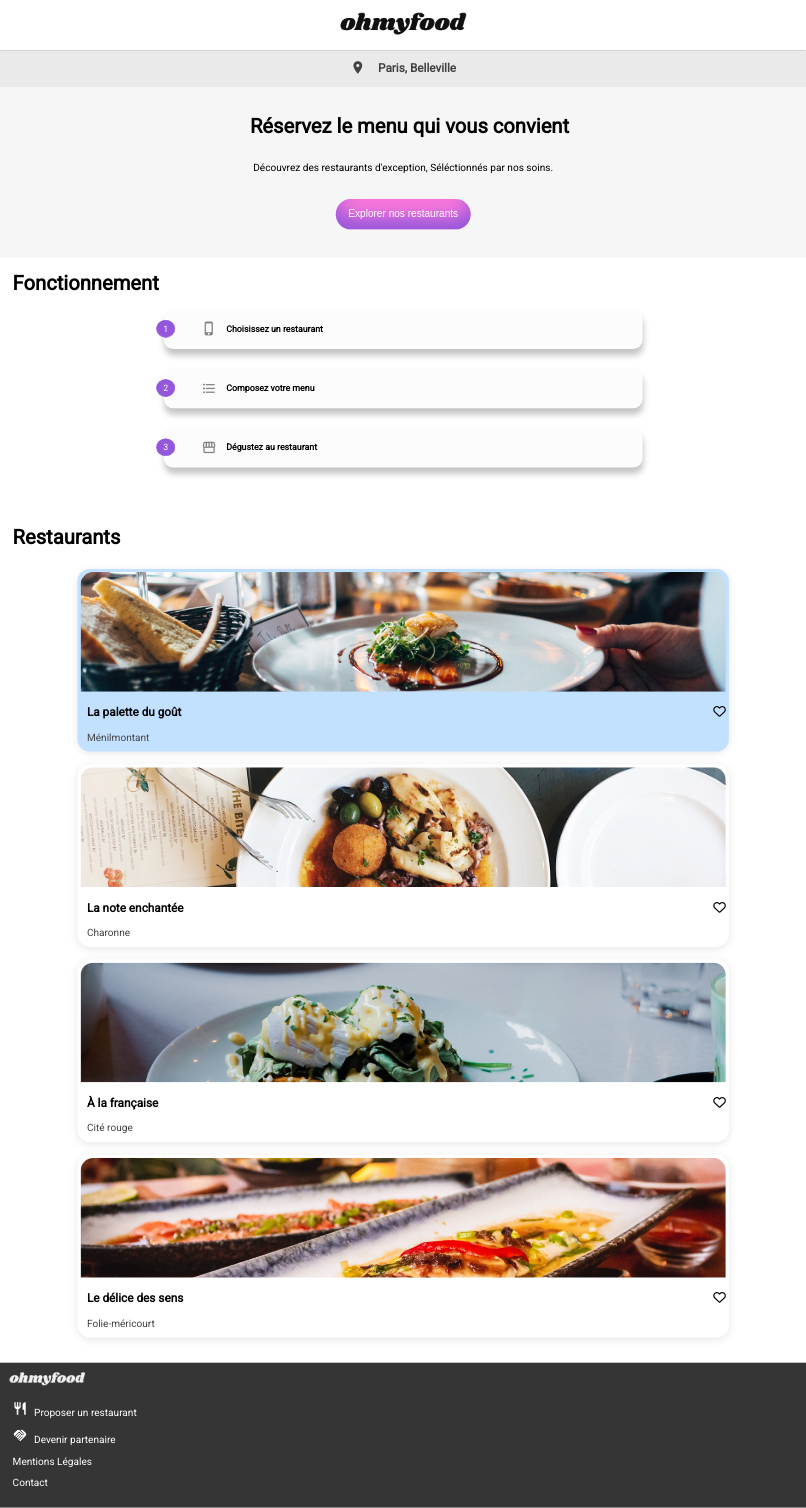
Repository: Liinseyy/Liinseyy
Page: ohmyfood/index.html
An editor plug-in stored every save of this project. The page is shown before and after the next save, followed by the edit.
The browser window is 1280 px wide. The pictures show the whole page, at 63% of full size.
The pointer rests on the first visible `.blockrestaurants`.
Some web libraries are served in a nearby version. The style sheet was rebuilt from its Sass, Less or Tailwind sources for each picture, by a compiler version that may differ from the author's.

Above is the page before, as saved 2022-04-26 10:42:35.

### ohmyfood/index.html
<!DOCTYPE html>
<html lang="fr">
<head>
    <link rel="preconnect" href="https://fonts.googleapis.com">
    <link rel="preconnect" href="https://fonts.gstatic.com" crossorigin>
    <link href="https://fonts.googleapis.com/css2?family=Raleway&display=swap" rel="stylesheet">
    <link href="https://fonts.googleapis.com/icon?family=Material+Icons"
    rel="stylesheet">
    <link href="https://fonts.googleapis.com/css2?family=Roboto&display=swap" rel="stylesheet">
    <script src="https://kit.fontawesome.com/baf4cb477f.js" crossorigin="anonymous"></script>
    <link rel="stylesheet" href="style.css"/>
    <meta charset="UTF-8">
    <meta name="viewport" content="width=device-width, initial-scale=1.0">
    <title>Ohmyfood</title>
</head>



<body>
<header>

    <!-- PARTIE LOGO-->
    <nav>
        <div class="logo">
            <a href="#"><img src="images/logo/ohmyfood.png" alt="logo ohmyfood"></a>
        </div>
    </nav>
    <!-- LOCALISATION Paris Belleville-->

    <div class="localisation">
        <div class=icon><i class="material-icons">room</i></div><a href="#"><h3>Paris, Belleville</h3></a>
    </div>

        <!-- RESERVEZ LE MENU-->

    <div class="mainreservez">
        <h1>Réservez le menu qui vous convient</h1>
        <p>Découvrez des restaurants d'exception, Séléctionnés par nos soins.</p>

        <button class="explorer" type="button"><a href="#">Explorer nos restaurants</a></button>

    </div>

</header>
        <!-- FONCTIONNEMENT-->

    <div class="fonctionnement">

        <h1>Fonctionnement</h1>

        <div class="containeretapes">


            <div class="etapes"><span class="number">1</span><div class=icons><i class="material-icons">phone_iphone</i></div><strong>Choisissez un restaurant</strong></div>


            <div class="etapes"><span class="number">2</span><div class=icons><i class="material-icons">format_list_bulleted</i></div><strong>Composez votre menu</strong></div>


            <div class="etapes"><span class="number">3</span><div class=icons><i class="material-icons">storefront</i></div><strong>Dégustez au restaurant</strong></div>
        </div>
    </div>

        <!-- RESTAURANTS-->
        <h1>Restaurants</h1>
    <article class="restaurants">

        <div class="blockrestaurants">
            <a href="#">
                <img src="images/restaurants/palettegout.jpg" alt="Palette de goût">
                <div class="descriptionrestaurant">
                    <h3>La palette du goût
                        <span class="coeur"><i class="far fa-heart"></i></span></h3>

                    <p>Ménilmontant</p>
                </div></a>
            </div>

        <div class="blockrestaurants">
            <a href="#">
                <img src="images/restaurants/noteenchantee.jpg" alt="Note enchantee">

                <div class="descriptionrestaurant">
                    <h3>La note enchantée<div class="coeur"><i class="far fa-heart"></i></div></h3>
                    <p>Charonne</p>
                </div></a>
        </div>

        <div class="blockrestaurants">
            <a href="#">
                <img src="images/restaurants/francaise.jpg" alt="La française">

                <div class="descriptionrestaurant">
                    <h3>À la française<div class="coeur"><i class="far fa-heart"></i></div></h3>
                    <p>Cité rouge</p>
                </div></a>
        </div>

        <div class="blockrestaurants">
            <a href="#">
                <img src="images/restaurants/delicesens.jpg" alt="Le délice des sens">

                <div class="descriptionrestaurant">
                    <h3>Le délice des sens<div class="coeur"><i class="far fa-heart"></i></div></h3>
                    <p>Folie-méricourt</p>
                </div>
        </div></a>
</article>



<footer>

    <img src="images/logo/ohmyfood.png">
    <p><i class="material-icons">restaurant</i>Proposer un restaurant</p>
    <p><i class="material-icons">handshake</i>Devenir partenaire</p>
    <p>Mentions Légales</p>
    <p>Contact</p>
</footer>

### ohmyfood/sass/style.scss
$primaire:#9356DC;
$secondaire:#FF79DA ;
$tertiaire:#99E2D0;

html{
    font-family: 'Roboto', sans-serif;
}
body{
    margin:0;
}
a{
    text-decoration: none;
    color: rgb(66, 66, 66);
}

/* partie logo OHMYFOOD*/

header nav{
    display:flex;
    justify-content:center;
    align-items:center;
    border-bottom: solid 1px white;
    box-shadow: grey 0 5px 5px;

}

header img{
    width: 200px;
}

.logo{
    display: flex;
    justify-content: center;
    align-items: center;
    margin: 20px;
}

/* Partie Localisation*/

.localisation{
    display: flex;
    justify-content: center;
    align-items: center;
    background-color: #EAEAEA;
    color: rgb(66, 66, 66);}

    .icon{
        margin-right: 20px;
    }

/*RESERVEZ LE MENU*/

.mainreservez{
    padding:20px;
    display: flex;
    justify-content: center;
    align-items: center;
    flex-direction: column;
    text-align: center;
    background-color: #F6F6F6;
}

.explorer{
    margin:25px;
    border: 0;
    padding:15px 20px;
    font-size: 1rem;
    text-align: center;
    color:white;
    background-color: $secondaire;
    box-shadow: inset 0 -20px 30px $primaire;
    border-radius: 28px;
}
    .explorer:hover{
    background-color: #ffc5ef;
    box-shadow: inset 0 -20px 50px #bb92ee;
    }
        .explorer a{
            color:white;
        }

/*FONCTIONNEMENT*/

.fonctionnement{
    display: flex;
    flex-direction: column;
}
    .fonctionnement h1{
        margin-left: 20px;
    }

.containeretapes{
    display: flex;
    justify-content: center;
    align-items: center;
    flex-direction: column;
    margin-bottom: 40px;
}

.etapes{
    display: flex;
    align-items: center;
    background-color: #fcfcfc;
    border:solid 0px;
    border-radius: 15px;
    box-shadow:rgb(197, 195, 195) 1px 10px 10px ;
    padding: 20px 60px;
    margin-bottom: 30px;
    font-size: 14px;
    width:50%;
}
    .icons{
        display: flex;
        margin-right:15px;
        color:grey;
    }
    .etapes:hover{
        background-color: #d2b6f39a;
        >.icons:hover{
                color:$primaire;
        }
    }


/*Les chiffres dans les ronds*/
.number{
    display:flex;
    padding: 5px 10px;
    border: solid $primaire 1px;
    border-radius: 100%;
    background-color: $primaire;
    color: white;
    position: absolute;
    margin:-72px;
}

/*RESTAURANTS*/
.restaurants{
    display: flex;
    flex-direction: column;
    align-items: center;
}
h1{
    margin-left:20px;
}
@keyframes flash
{
    0% {opacity: .4;}
	100% {opacity: 1;}
}
.blockrestaurants:hover{
    opacity:1;
    -webkit-animation: flash 2s;
    animation:flash 2s;
    background-color: #c1e0ff;
}
.blockrestaurants{
    display:flex;
    flex-direction: column;
    background-color: white;
    width:80%;
    height:280px;
    margin: 10px 0px;
    padding: 5px 5px;
    border-radius: 20px;
    box-shadow: 0 3px 15px rgba(0, 0, 0,0.1);
    img
    {
        height: 190px;
        width: 100%;
        border-radius: 20px 20px 0 0;
        object-fit: cover;}

}
img:hover{
    opacity:1;
    -webkit-animation: flash 2s;
    animation:flash 2s;
    background-color: #c1e0ff;
}
.descriptionrestaurant h3{
    color:black;
    margin-left:10px;
}
.descriptionrestaurant p{
    margin:10px;

}

/* le coeur*/
.coeur{
    display: flex;
    justify-content: flex-end;
    float:right;
    font-size: 20px;
    color:black;
    .fa-heart{
        font-size:20px;
    }

    .fa-heart:hover{
        font-size: 20px;
        font-weight: 900;
        background: linear-gradient(0deg, rgba(255,117,226,1) 23%, rgba(192,102,219,1) 100%);
        background-clip: text;
        -webkit-background-clip: text;
        color: transparent;
        /*animation du coeur*/
        transition-timing-function: linear;
        transition-duration: 0.5s;
    }

}



/*LE FOOTER*/
footer{
    margin-top: 30px;
    background-color: #353535;
    height:230px;
    display: flex;
    flex-direction: column;
}
footer p{
    color:white;
    margin: 0 0 15px 20px;
}

footer .material-icons{
    padding: 0px 10px 0 0;
    display: inline;
    align-items: center;
}
footer img{
    width:120px;
    margin: 15px 0 25px 15px;
    /*change le logo en blanc*/
    filter:invert(1);
}

@media screen and (min-width:1000px){

    header {

    }

}

After the next save:
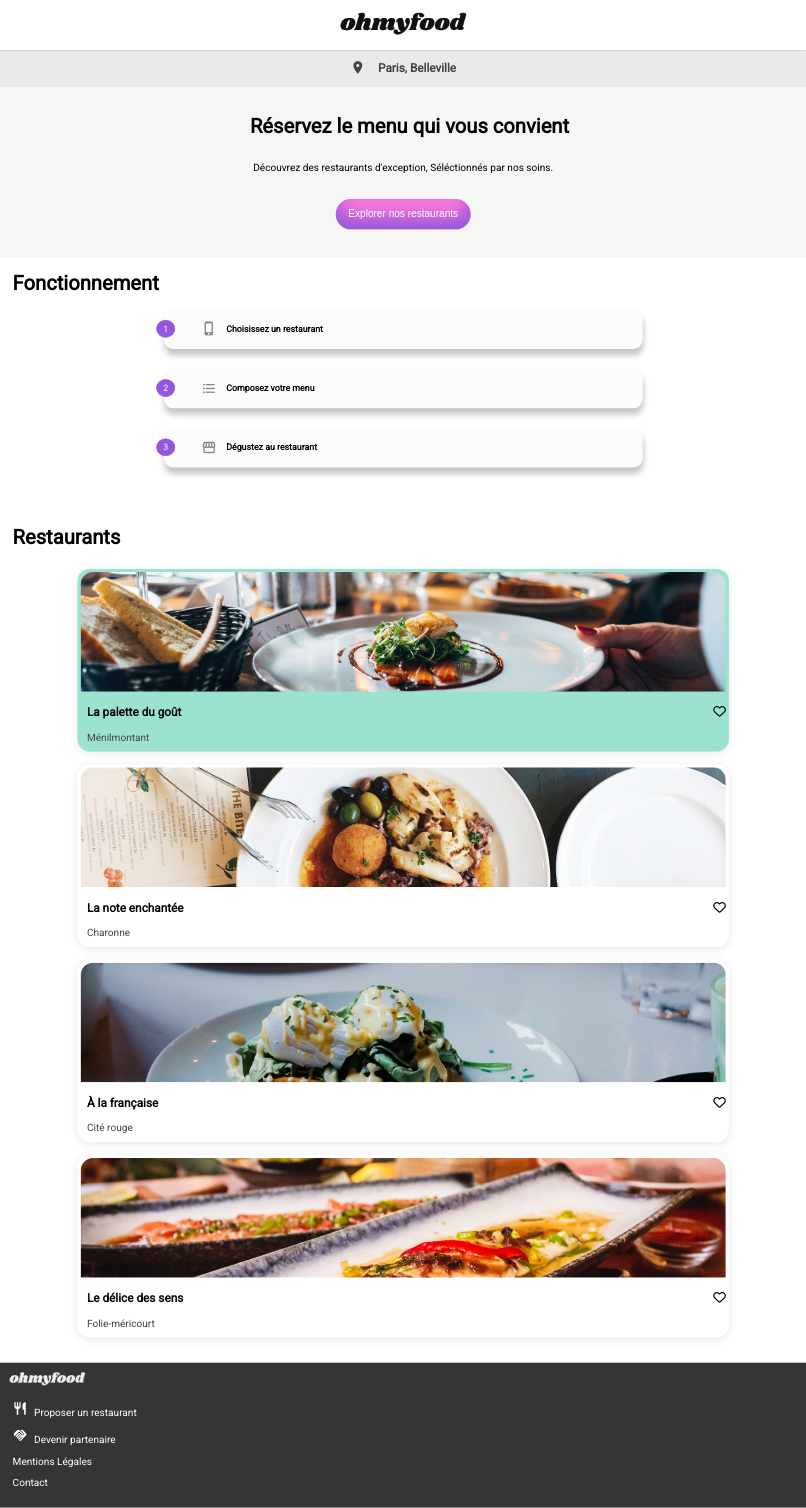
Saved 15 s later.
--- a/ohmyfood/sass/style.scss
+++ b/ohmyfood/sass/style.scss
@@ -152,7 +152,7 @@ h1{
     opacity:1;
     -webkit-animation: flash 2s;
     animation:flash 2s;
-    background-color: #c1e0ff;
+    background-color: $tertiaire;
 }
 .blockrestaurants{
     display:flex;
